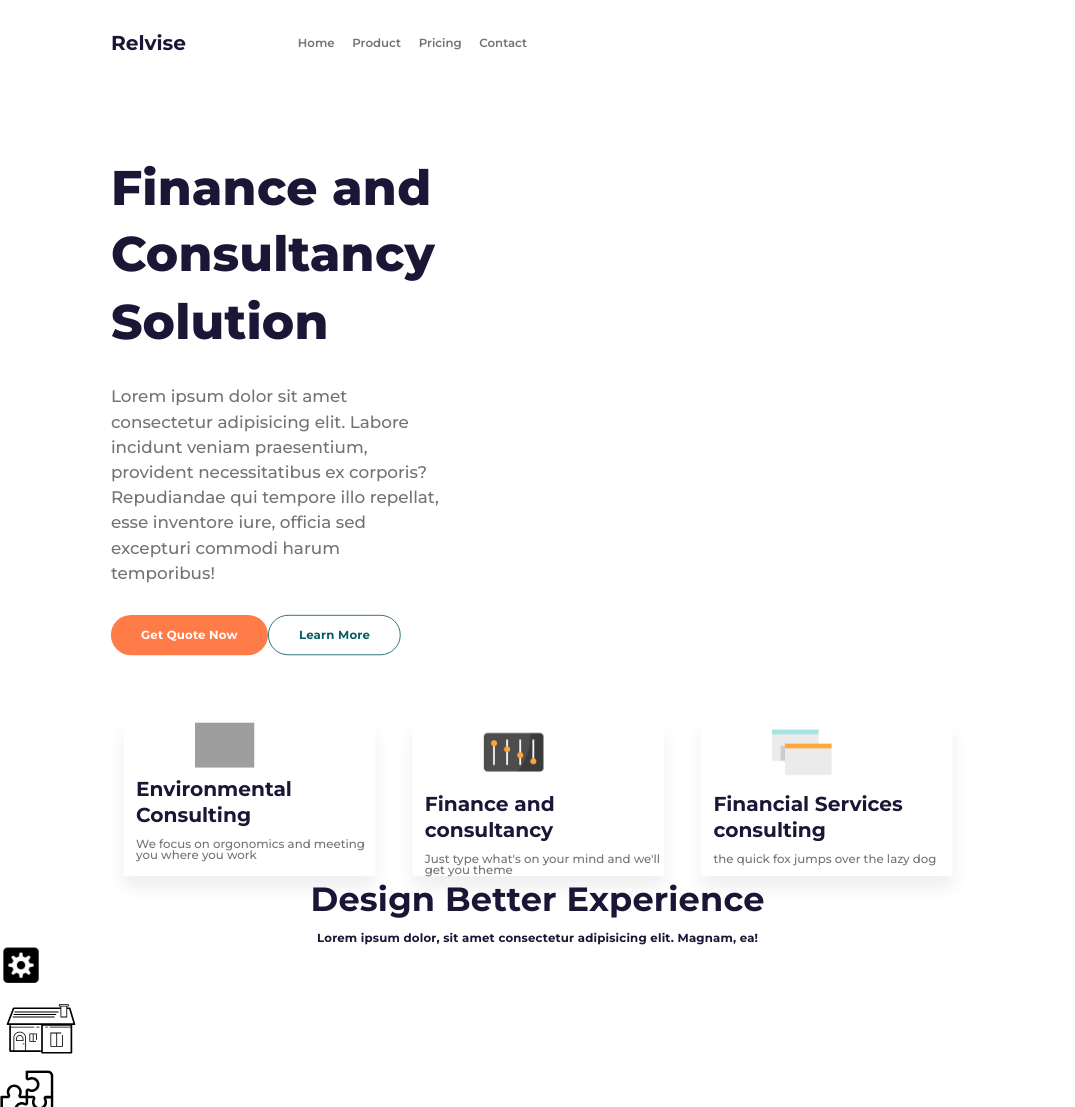
Repository: usalokiN/simple-project
Page: index.html
An editor plug-in stored every save of this project. The page is shown before and after the next save, followed by the edit.
The browser window is 1280 px wide. The pictures show the part of the page from y = 0 to 1318 px (the page is 1638 px tall before and 1798 px after), at 84% of full size.
Pictures or frames that could not be fetched are drawn as grey boxes. A picture or video elsewhere on the page could not be fetched, so the positions and the page height are approximate.

Above is the page before, as saved 2022-01-17 13:39:36.

### index.html
<!DOCTYPE html>
<html lang="en">

<head>
    <meta charset="UTF-8">
    <meta http-equiv="X-UA-Compatible" content="IE=edge">
    <meta name="viewport" content="width=device-width, initial-scale=1.0">
    <link rel="stylesheet" href="https://fonts.googleapis.com/css?family=Montserrat:regular,500,600,700,800&display=swap">
    <link rel="stylesheet" href="css/style.css">
    <meta author="NikoDyachenko">
    <title>Simple project</title>


</head>

<body>
    <div class="wrapper">
        <header class="header">
            <div class="header__container _container">
                <a href="" class="header__logo">
                    Relvise
                </a>
                <nav class="header__menu menu">
                    <ul class="menu__list">
                        <li class="menu__item">
                            <a href="" class="menu__link">Home</a>
                        </li>
                        <li class="menu__item">
                            <a href="" class="menu__link">Product</a>
                        </li>
                        <li class="menu__item">
                            <a href="" class="menu__link">Pricing</a>
                        </li>
                        <li class="menu__item">
                            <a href="" class="menu__link">Contact</a>
                        </li>
                    </ul>
                </nav>
            </div>
    </div>
    </header>
    <main class="page">
        <div class="page__main-block main-block">
            <div class="main-block_containter _container">
                <div class="main-block__body">
                    <h1 class="main-block__title">Finance and Consultancy Solution</h1>
                    <div class="main-block__text">Lorem ipsum dolor sit amet consectetur adipisicing elit. Labore incidunt veniam praesentium, provident necessitatibus ex corporis? Repudiandae qui tempore illo repellat, esse inventore iure, officia sed excepturi commodi harum temporibus!

                    </div>
                    <div class="main-block__buttons">
                        <a href="" class="main-block__button main-block__button_orange">Get Quote Now</a>
                        <a href="" class="main-block__button main-block__button_border">Learn More</a>

                    </div>
                </div>
            </div>
        </div>
        <div class="main-block__image">
            <!-- <img src="" alt="cover"> -->
        </div>
        <section class="page__services services">
            <div class="services__conateiner _container">
                <div class="services__body">
                    <div class="services__column">
                        <div class="services__item item-service">
                            <div class="item-service__icon"><img src="img/icon-block1.png" alt="Environmental Consulting"></div>
                            <div class="item-service__title">Environmental Consulting</div>
                            <div class="item-service__text">We focus on orgonomics and meeting you where you work</div>

                        </div>
                    </div>
                    <div class="services__column">
                        <div class="services__item item-service">
                            <div class="item-service__icon"><img src="img/icon-block2.png" alt="Environmental Consulting"></div>
                            <div class="item-service__title">Finance and consultancy</div>
                            <div class="item-service__text">Just type what's on your mind and we'll get you theme</div>

                        </div>
                    </div>
                    <div class="services__column">
                        <div class="services__item item-service item-service__third-block">
                            <div class="item-service__icon"><img src="img/icon-block3.png" alt="Environmental Consulting"></div>
                            <div class="item-service__title">Financial Services consulting</div>
                            <div class="item-service__text">the quick fox jumps over the lazy dog</div>

                        </div>
                    </div>
                </div>
            </div>
        </section>
        <section class="page__advantages advantages">
            <div class="advantages__container _container">
                <div class="advantages__header header-block">
                    <h2 class="header-block__title">Design Better Experience</h2>
                    <div class="header-block__sub-title">Lorem ipsum dolor, sit amet consectetur adipisicing elit. Magnam, ea!</div>

                </div>
            </div>
            <div class="advantages__body">
                <div class="advantages__column">
                    <div class="advantages__item">
                        <div class="advatages__icon"><img src="img/icons8-автоматический-50.png" alt=""></div>
                        <div class="advatages__value"></div>
                        <div class="advatages__text"></div>


                    </div>
                </div>
            </div>
            <div class="advantages__body">
                <div class="advantages__column">
                    <div class="advantages__item">
                        <div class="advatages__icon"><img src="img/icons8-главная.svg" alt=""></div>
                        <div class="advatages__value"></div>
                        <div class="advatages__text"></div>


                    </div>
                </div>
            </div>
            <div class="advantages__body">
                <div class="advantages__column">
                    <div class="advantages__item">
                        <div class="advatages__icon"><img src="img/icons8-головоломка.svg" alt=""></div>
                        <div class="advatages__value"></div>
                        <div class="advatages__text"></div>


                    </div>
                </div>
            </div>
            <div class="advantages__body">
                <div class="advantages__column">
                    <div class="advantages__item">
                        <div class="advatages__icon"><img src="img/icons8-звезда-50.png" alt=""></div>
                        <div class="advatages__value"></div>
                        <div class="advatages__text"></div>


                    </div>
                </div>
            </div>

        </section>
    </main>
    <footer class="footer "></footer>
    </div>
</body>

</html>

### css/style.css
                    *,
                     ::before,
                     ::after {
                        padding: 0;
                        margin: 0;
                        bottom: 0;
                        box-sizing: border-box;
                    }

                    a {
                        text-decoration: none;
                    }

                    ul,
                    ol,
                    li {
                        list-style: none;
                    }

                    img {
                        vertical-align: top;
                    }

                    h1,
                    h2,
                    h3,
                    h4,
                    h5,
                    h6 {
                        font-weight: inherit;
                        font-style: inherit;
                    }

                    html,
                    body {
                        height: 100%;
                        line-height: 1;
                        font-size: 14px;
                        font-weight: 500;
                        color: rgb(28, 21, 54);
                        font-family: Montserrat;
                    }

                    .wrapper {
                        /* max-height: 100%; */
                        overflow: hidden;
                    }
                    /* ================================================================================== */

                    ._container {
                        max-width: 1046px;
                        margin: 0px auto;
                        padding: 0 15px;
                    }

                    ._ibg {
                        position: relative;
                    }

                    .ibg img {
                        position: absolute;
                        width: 100%;
                        height: 100%;
                        top: 0;
                        left: 0;
                        object-fit: cover;
                    }
                    /* ----------------------------------------HEADER------------------------------------------------------- */

                    .header-block {
                        text-align: center;
                        letter-spacing: 0.2px;
                        font-weight: 700;
                    }

                    .header-block__title {
                        line-height: 142%;
                        font-size: 40px;
                    }

                    .header-block__title:not(:last-child) {
                        margin: 0 0 10px 0;
                    }

                    .header {
                        position: absolute;
                        width: 100%;
                        left: 0;
                        top: 0;
                        z-index: 50;
                    }

                    .header__container {
                        display: flex;
                        min-height: 104px;
                        align-items: center;
                    }

                    @media (max-width: 479px) {
                        .header__container {
                            min-height: 85px;
                        }
                    }

                    ._container {}

                    .header__logo {
                        font-size: 24px;
                        font-weight: 700;
                        color: inherit;
                    }

                    .header__menu {
                        margin: 0 0 0 133px;
                    }

                    @media (max-width: 992px) {
                        .header__menu {
                            margin: 0 0 0 80px;
                        }
                    }

                    @media (max-width: 762px) {
                        .header__menu {
                            margin: 0 0 0 40px;
                        }
                    }

                    @media (max-width: 479px) {
                        .header__menu {
                            margin: 0 0 0 20px;
                        }
                    }

                    .menu {
                        padding: 5px 0;
                    }

                    .menu__list {
                        display: flex;
                        flex-wrap: wrap;
                    }

                    .menu__item {}

                    .menu__item:not(:last-child) {
                        margin: 0 21px 0 0px;
                        /* Отступы у каждого кроме последнего элемента */
                    }

                    .menu__link {
                        color: #737373;
                        font-weight: 600;
                        line-height: calc(24/14 * 100%);
                        /*171% - процет отступа. Формула расчета при 14px шрифта*/
                    }

                    @media (max-width: 479) {
                        .menu__link {
                            font-size: 18px;
                        }
                    }
                    /* MAIN */

                    .page {
                        flex: 1 1 auto;
                    }
                    /* FOOTER */

                    .footer {}
                    /* MAIN-BLOCK */

                    .page__main-block {}

                    .main-block {
                        position: relative;
                        ;
                    }

                    .main-block_containter {}

                    ._container {}

                    .main-block__body {
                        padding: 184px 0px 191px 0px;
                        position: relative;
                        z-index: 2;
                        max-width: 400px;
                    }

                    .main-block__body>*:not(:last-child) {
                        margin: 0 0 35px 0;
                    }

                    .main-block__title {
                        font-size: 58px;
                        line-height: 137%;
                        font-weight: 800;
                        letter-spacing: 0.2px;
                    }

                    @media (max-width:497px) {
                        .main-block__title {
                            font-size: 42px;
                        }
                    }

                    .main-block__text {
                        color: #737373;
                        font-size: 20px;
                        line-height: 1.5;
                    }

                    .main-block__buttons {
                        display: inline-flex;
                        flex-wrap: wrap;
                        margin: -10px 0;
                    }

                    .main-block__button {
                        border-radius: 37px;
                        display: flex;
                        min-height: 48px;
                        justify-content: center;
                        align-items: center;
                        letter-spacing: 0.2px;
                        font-weight: 700;
                        line-height: 150%;
                        padding: 5px 36px;
                        text-align: center;
                        margin: 10px 0;
                    }

                    @media(max-width:479px) {
                        .main-block__button:not(:last-child) {
                            margin-right: 10px;
                        }
                    }

                    .main-block__button_orange {
                        background: #ff7b47;
                        color: #fff;
                    }

                    .main-block__button_border {
                        color: #0d5c63;
                        border: 1px solid #0d5c63;
                    }

                    .main-block__image {
                        position: absolute;
                        width: 100%;
                        height: 100%;
                        top: 0;
                        left: 0;
                    }

                    @media (max-width:1300px) {
                        .main-block__image img {
                            object-fit: right;
                        }
                    }

                    @media (max-width:992px) {
                        .main-block__image {
                            opacity: 0.5;
                        }
                    }
                    /* =================BLOCKS======================================= */

                    .page__services {
                        /* display: flex; */
                        margin: -111px 0 0 0;
                        position: relative;
                        z-index: 2;
                    }

                    .services {}

                    .services__conateiner {}

                    ._container {}

                    .services__body {}

                    @media(min-width:670px) {
                        .services__body {
                            display: flex;
                            margin: 0 -15px;
                            flex-wrap: wrap;
                            margin: 0 -15px -30px 0;
                        }
                    }

                    .services__column {
                        padding: 0 15px;
                        flex: 0 1 33.333%;
                        margin: 0 0 30px 0;
                    }

                    @media (min-width:670px) {
                        .services__column {}
                    }

                    @media (max-width:992px) {
                        .services__column {
                            flex: 0 1 50%;
                        }
                    }

                    .services__item {
                        box-shadow: 0 13px 19px rgb(0, 0, 0, 0.07);
                        background-color: white;
                        padding: 0 0 0 15px;
                        height: 100%;
                        width: 300px;
                    }

                    .services__item>*:not(:last-child) {
                        margin: 0 0 10px 0;
                    }

                    .item-service .item-service {}

                    .item-service__icon {
                        padding: 0 0 0 70px;
                    }

                    .item-service__icon img {
                        width: 33%;
                    }

                    .item-service__title {
                        font-weight: 700;
                        font-size: 24px;
                        line-height: 133%;
                    }

                    .item-service__text {
                        color: #737373;
                    }

                    .item-service__third-block {
                        /* background-color: #68e6f1; */
                    }
                    /* ----------------------------------------------------------------------- */

                    .page__advantages {}

                    .advantages {}

                    .advantages__container {}

                    ._container {}

                    .advantages__header {}

                    .header-block__sub-title {}

                    .advantages__body {}

                    .advantages__column {}

                    .advantages__item {}

                    .advatages__icon {}

                    .advatages__value {}

                    .advatages__text {}

After the next save:
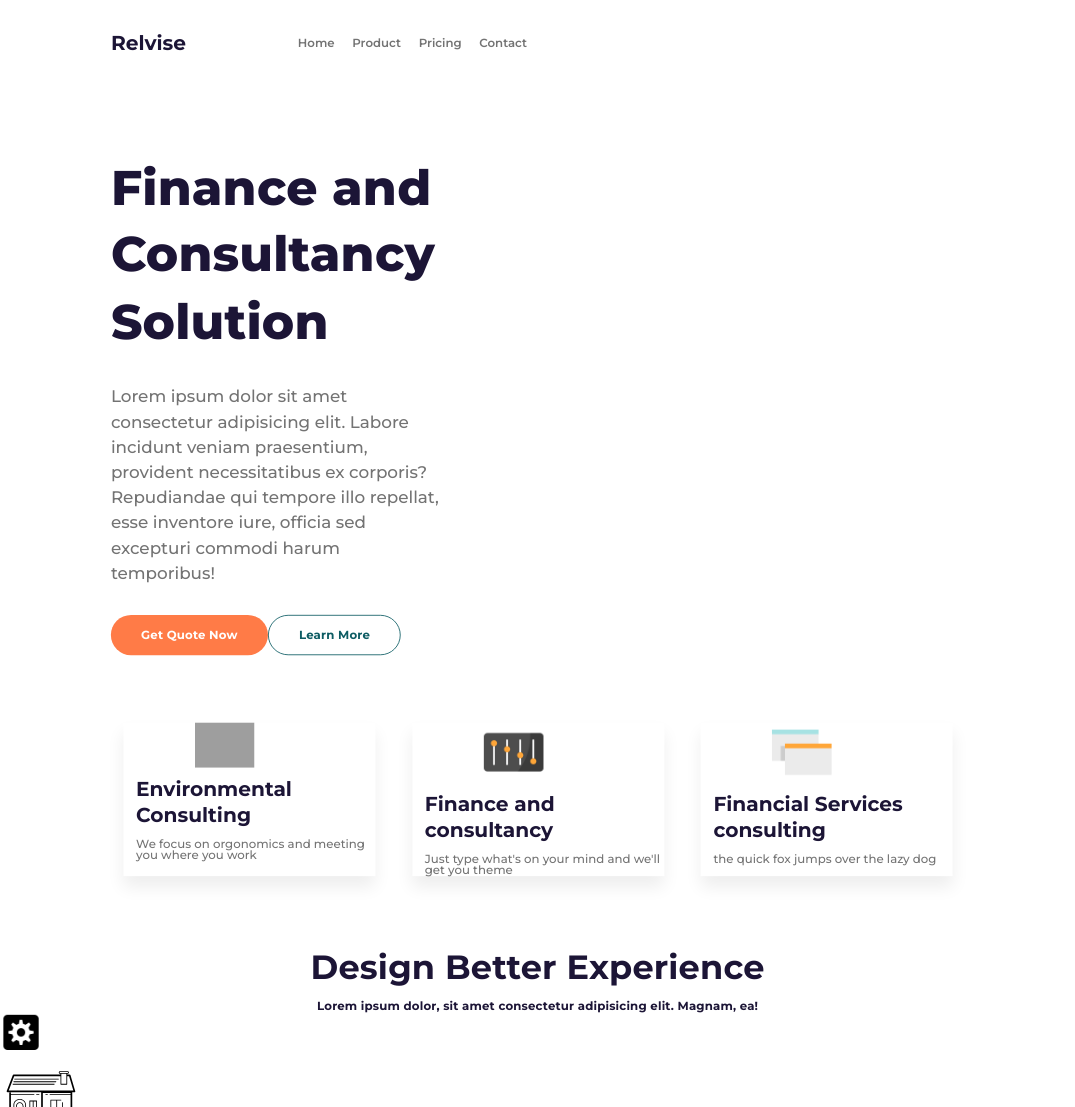
Saved 52 s later.
--- a/css/style.css
+++ b/css/style.css
@@ -347,7 +347,9 @@
 
                     .page__advantages {}
 
-                    .advantages {}
+                    .advantages {
+                        padding: 80px 0;
+                    }
 
                     .advantages__container {}
 
